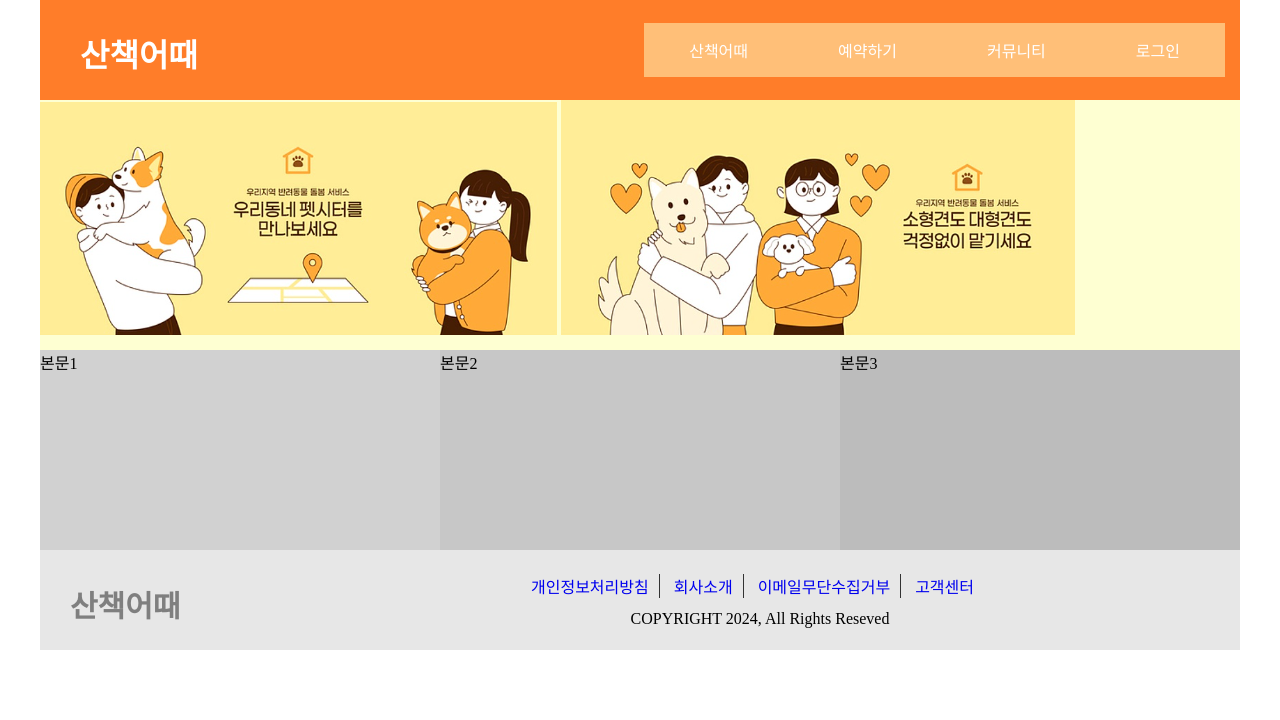
Repository: to-flatwhite1/portfolio
Page: http://localhost/JSP/
An editor plug-in stored every save of this project. The page is shown before and after the next save, followed by the edit.
The browser window is 1280 px wide. The pictures show the whole page.
The page is served by Tomcat 9. Other server files are loaded and not shown.

Above is the page before, as saved 2024-07-04 02:07:01.

### JSP/src/main/webapp/index.jsp
<%@ page language="java" contentType="text/html; charset=utf-8"
    pageEncoding="utf-8"%>
<!DOCTYPE html>
	<html>
	<head>
		<meta charset="utf-8">
		<title>산책어때</title>
		<link href="index.css" rel="stylesheet" type="text/css">
		<script src="jquery.min.js"></script>
		<script src="script.js"></script>
	</head>
	<body>
    <div id="wrap">
        <header id="header">
            <h1 class="logo">
                <a href="#">산책어때</a>
            </h1>
            <nav class="nav">
                <ul>
                    <li><a href="#">산책어때</a>
                        <ul class="submenu">
                            <li><a href="introduce.jsp">산책어때 소개</a></li>
                        </ul>
                    </li>
                    <li><a href="#">예약하기</a>
                        <ul class="submenu">
                            <li><a href="#">산책하고싶은 강아지</a></li>
                            <li><a href="#">산책을 시키고 싶은 지원자</a></li>
                        </ul>
                    </li>
                    <li><a href="#">커뮤니티</a>
                        <ul class="submenu">
                            <li><a href="#">리뷰</a></li>
                            <li><a href="#">자유게시판</a></li>
                        </ul>
                     </li>
                    <li><a href="#">로그인</a>
                        <ul class="submenu">
                        	<li><a href="login.jsp">로그인</a></li>
                            <li><a href="insert.jsp">회원가입</a></li>
                            <li><a href="mypage.jsp">마이페이지</a></li>
                        </ul>
                    </li>
                </ul>
            </nav>
        </header>
        <!-- header 끝 -->
		<div id="slide">
			<div class="slide_list">
				<img src="images/image1.png">
				<img src="images/image2.png">
			</div>
		</div>
        <div id="contents">
			<div class="content1">본문1</div>
			<div class="content2">본문2</div>
            <div class="content3">본문3</div>
        </div>
        <footer id="footer">
            <div class="footer1">
                <h4>산책어때</h4>
            </div>
            <div class="footer2">
                <div class="footer2-1">
                    <ul>
                        <li><a href="#">개인정보처리방침</a></li>
                        <li><a href="#">회사소개</a></li>
                        <li><a href="#">이메일무단수집거부</a></li>
                        <li><a href="#">고객센터</a></li>
                    </ul>
                </div>
                <div class="footer2-2">
                    COPYRIGHT 2024, All Rights Reseved
                </div>
            </div>
        </footer>
    </div>

	</body>

</html>

### JSP/src/main/webapp/index.css
@charset "utf-8";
* {
    margin: 0;
    padding: 0;

}
a {
    text-decoration: none;
}
ul {
	margin-right: 15px;}


li {
    list-style: none;
}

/* wrap */
#wrap {
    width: 1200px;
    margin: 0 auto;
    position: relative;
}

/* header */
#header {
    width: 100%;
    display: flex;
    background-color: #FF7D29;
}
#header .logo {
    width: 20%;
    height: 100px;
}
#header .logo a {
    display: inline-block;
    color: white;
    padding: 30px 40px;
}
.nav {
    width: 80%;
    height: 100px;
    position: relative;
    z-index: 1000;
}
#header .nav > ul {
    display: flex;
    justify-content: right;
    align-items: center;
    height: 100%;
}
#header .nav > ul > li {
    position: relative;
}
#header .nav > ul > li > a {
    color: #fff;
    padding: 15px 45px;
    background-color: #FFBF78;	/*메뉴색*/
    display: block;
}
#header .nav > ul > li > a:hover {
    background-color: #FFDCA9;;
}
#header .nav > ul > li > ul {
    position: absolute;
    left: 0;
    background-color: #fff;
    width: 100%;
    text-align: center;
    display: none;
}
#header .nav > ul > li > ul > li > a {
    padding: 10px 20px;
    display: block;
}
#header .nav > ul > li > ul > li > a:hover {
    background-color: #FFBF78	;
}
#slide{
	width: 100%;
	display: flex;
/*	margin:30px 5px 30px 5px;*/

}
#slide .slide_list{
	width: 100%;
	height: 250px;

	background-color: #FEFFD2;
}

#contents {
    width: 100%;
    display: flex;
}
#contents .content1 {
    width: 33.3333%;
    height: 200px;
    background-color: #d1d1d1;
}
#contents .content2 {
    width: 33.3333%;
    height: 200px;
    background-color: #c7c7c7;
}
#contents .content3 {
    width: 33.3333%;
    height: 200px;
    background-color: #bcbcbc;
}

#footer {
    width: 100%;
    display: flex;
    background-color: #e7e7e7;
}
#footer .footer1 {
    width: 20%;
    height: 100px;
}
#footer .footer1 h4 {
    font-size: 30px;
    color: #7f7f7f;
    padding: 32px 30px;
}
#footer .footer2 {
    width: 80%;
}
#footer .footer2 .footer2-1 {
    width: 100%;
    height: 50px;
    text-align: center;
}
#footer .footer2 .footer2-1 ul {
    padding-top: 24px;
}
#footer .footer2 .footer2-1 li {
    display: inline-block;
    border-right: 1px solid #333;
}
#footer .footer2 .footer2-1 li:last-child {
    border: 0;
}
#footer .footer2 .footer2-1 li a {
    padding: 10px;
}
#footer .footer2 .footer2-1 li a:hover {
    text-decoration: underline;
}
#footer .footer2 .footer2-2 {
    width: 100%;
    height: 50px;
    text-align: center;
    padding-top: 10px;
    box-sizing: border-box;
}

/* contents : banner */

Loaded but not shown: JSP/src/main/webapp/jquery.min.js (library); JSP/src/main/webapp/script.js (no copy from this time; the picture is the same without it)

After the next save:
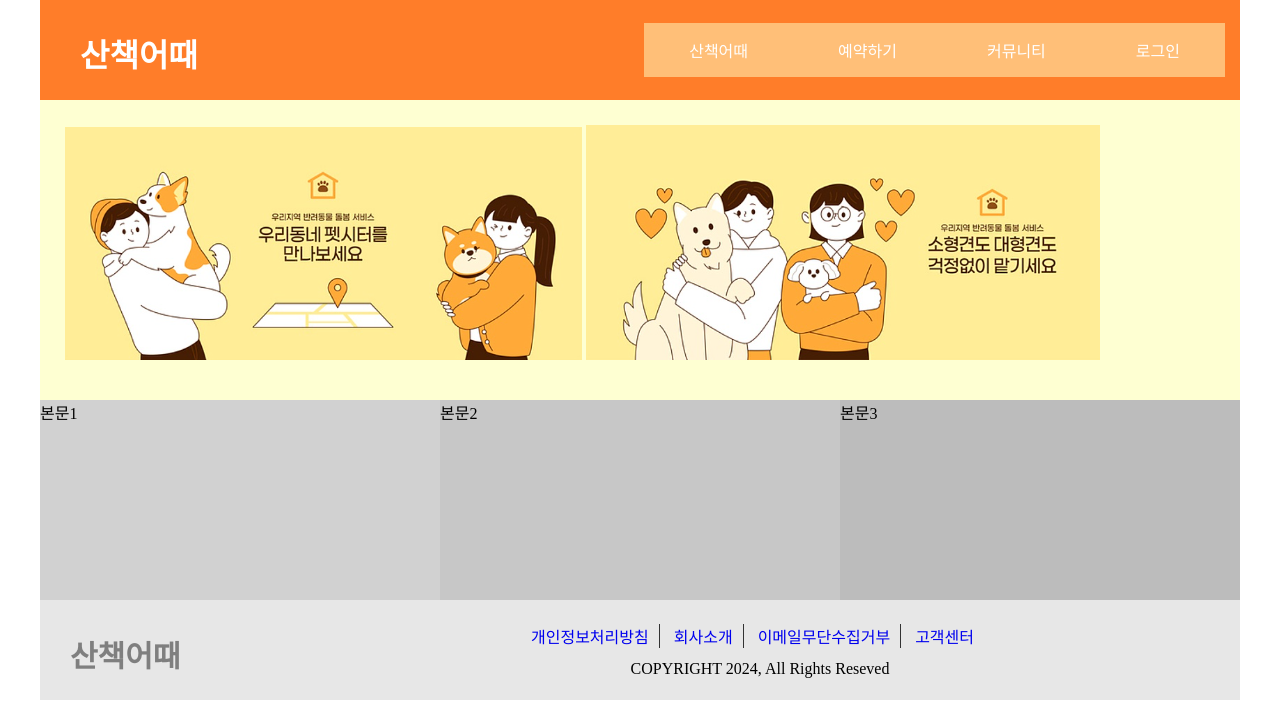
Saved 17 s later.
--- a/JSP/src/main/webapp/index.css
+++ b/JSP/src/main/webapp/index.css
@@ -85,7 +85,7 @@ li {
 #slide .slide_list{
 	width: 100%;
 	height: 250px;
-
+	padding:25px;
 	background-color: #FEFFD2;
 }
 
